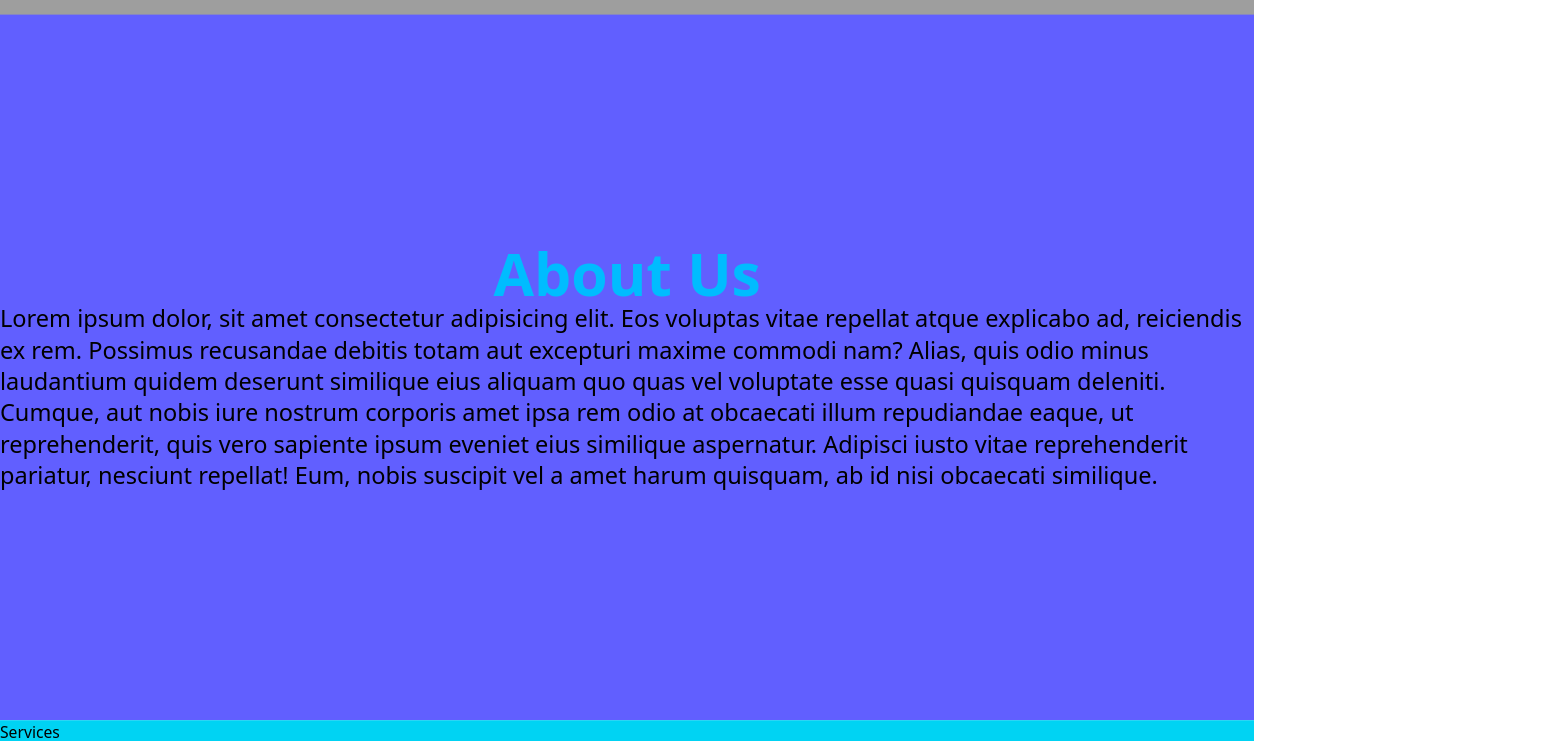
Repository: ajay-maurya-dev/Login
Page: /
An editor plug-in stored every save of this project. The page is shown before and after a run of saves, followed by the edit.
The browser window is 1280 px wide. The page is 1280 px wide, then 1600 px, so the pictures cover 1600 px, including what lies to the right of the window. The pictures show the part of the page from y = 705 to 1461 px (the page is 2880 px tall), at 98% of full size.
Pictures or frames that could not be fetched are drawn as grey boxes. Backgrounds fixed to the window are drawn as part of the page. The project was rebuilt for these pictures with package versions that can differ from the ones it lists, and the page was loaded fresh each time. Also part of the build but not shown: vite.config.js.

Above is the page before, as saved 2026-10-24 23:41:17.

### index.html
<!doctype html>
<html lang="en">
  <head>
    <meta charset="UTF-8" />
    <link rel="icon" type="image/svg+xml" href="/favicon.svg" />
    <meta name="viewport" content="width=device-width, initial-scale=1.0" />
    <title>homepage</title>
  </head>
  <body>
    <div id="root"></div>
    <script type="module" src="/src/main.jsx"></script>
  </body>
</html>

### src/index.css
@import "tailwindcss";
@custom-variant dark (&:where(.dark, .dark *));

html {
  scroll-behavior: smooth;
}

### src/App.jsx
import About from "./components/About";
import Footer from "./components/footer";
import Home from "./components/Home";
import Navbar from "./components/Navbar";
import Services from "./components/Services";

function App() {
  return (
    <div className="min-h-screen w-full dark:bg-black dark:text-white">
      {/* Navbar stays fixed or at the top */}
      <Navbar />

      {/* Wrap sections with unique IDs */}
      <section id="home">
        <Home />
      </section>

      <section id="about">
        <About />
      </section>
      <section id="services">
        <Services/>
      </section>
      <Footer />
    </div>
  );
}

export default App;

### src/components/About.jsx


function About() {
  return (
    <div className="w-full min-h-screen bg-indigo-500 z-10 text-2xl dark:bg-black dark:text-white bg-fixed justify-center flex flex-col">
        <h4 className="text-6xl font-extrabold text-sky-400 text-center">About Us</h4>
        <div className="text-2xl dark:text-white">
        <p className="">Lorem ipsum dolor, sit amet consectetur adipisicing elit. Eos voluptas vitae repellat atque explicabo ad, reiciendis ex rem. Possimus recusandae debitis totam aut excepturi maxime commodi nam? Alias, quis odio minus laudantium quidem deserunt similique eius aliquam quo quas vel voluptate esse quasi quisquam deleniti. Cumque, aut nobis iure nostrum corporis amet ipsa rem odio at obcaecati illum repudiandae eaque, ut reprehenderit, quis vero sapiente ipsum eveniet eius similique aspernatur. Adipisci iusto vitae reprehenderit pariatur, nesciunt repellat! Eum, nobis suscipit vel a amet harum quisquam, ab id nisi obcaecati similique.</p>
        </div>
    </div>
  )
}

export default About

### src/components/footer.jsx


function Footer() {
  return (
  <footer className="w-full h-screen dark:bg-black dark:text-white">
    <h1>THE CONTENT ARCHITECTURE</h1>
  </footer>
  )
}

export default Footer

### src/components/Home.jsx



function Home() {
  return (
    <div className="flex w-full justify-center items-center min-h-screen dark:bg-black bg-[url(https://images.unsplash.com/photo-1757513189385-580a91ac7fe4?q=80&w=2070&auto=format&fit=crop&ixlib=rb-4.1.0&ixid=NHwxMjA3fDA%3D)] bg-cover bg-fixed">
    <div className="py-1 text-sky-900 border border-amber-50 text-9xl font-bold flex items-center">
      <h1 className="">BRAND SHOES</h1>
    </div>
    </div>
  );
}

export default Home;

### src/components/Navbar.jsx
import Dark from "./Dark";

function Navbar() {


  return (
    <nav className="flex rounded-4xl text-gray-500 to-white px-10 md:flex-row md:items-center md:h-10 md:w-full dark:bg-black dark:text-white sm:h-full sm:flex-col sm:w-4/7 sm:items-start top-0 fixed ">
      <div className=" flex-1 text-2xl cursor-pointer font-extrabold">LOGO</div>
      <div className="flex flex-1 gap-10 test-2xl font-bold md:flex-row sm:flex-col ">
        <h3 className="cursor-pointer hover:text-cyan-500 active:scale-95 ">
          <a href="#home">HOME</a>
        </h3>
        <h3 className="cursor-pointer hover:text-cyan-500 active:scale-95">
          <a href="#about">ABOUT</a>
        </h3>
        <h3 className="cursor-pointer hover:text-cyan-500 active:scale-95">
          <a href="#services">SERVICES</a>
        </h3>
        <h3 className="cursor-pointer hover:text-cyan-500 active:scale-95">
          PROFILE
        </h3>
        <Dark/>
      </div>
    </nav>
  );
}

export default Navbar;

### src/components/Services.jsx


function Services() {
  return (
    <div className="bg-cyan-400 h-screen w-screen z-20">
      <h1>Services</h1>
    </div>
  )
}

export default Services

### src/components/Dark.jsx
import { useState, useEffect } from "react";

export default function Dark() {
  const [isDark, setIsDark] = useState(false);

  // Sync the true/false state to the HTML document tag
  useEffect(() => {
    const root = window.document.documentElement;
    if (isDark) {
      root.classList.add("dark");
    } else {
      root.classList.remove("dark");
    }
  }, [isDark]);

  return (
    <button
      className="px-1 text-xl rounded-full bg-transparent dark:bg-neutral-800 transition-colors duration-200"
      onClick={() => setIsDark((prev) => !prev)}
    >
      {isDark ? "☀️" : "🌙"}
    </button>
  );
}

Loaded but not shown: src/main.jsx (common file)

After the next 3 saves:
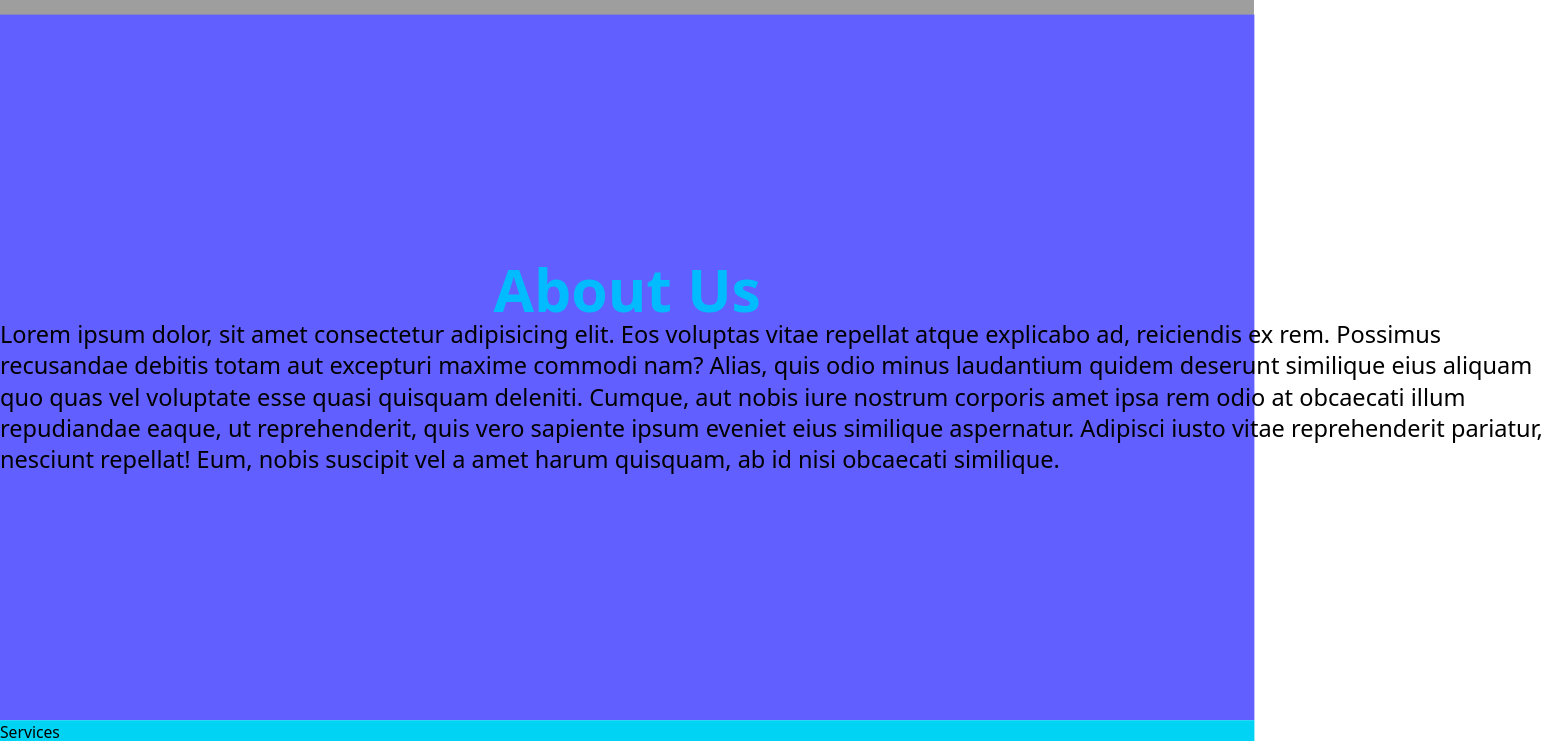
The 3 saves are shown as one change because they came seconds apart.
The last was saved 14 s later.
--- a/src/components/About.jsx
+++ b/src/components/About.jsx
@@ -4,7 +4,7 @@ function About() {
   return (
     <div className="w-full min-h-screen bg-indigo-500 z-10 text-2xl dark:bg-black dark:text-white bg-fixed justify-center flex flex-col">
         <h4 className="text-6xl font-extrabold text-sky-400 text-center">About Us</h4>
-        <div className="text-2xl dark:text-white">
+        <div className="text-2xl dark:text-white w-400">
         <p className="">Lorem ipsum dolor, sit amet consectetur adipisicing elit. Eos voluptas vitae repellat atque explicabo ad, reiciendis ex rem. Possimus recusandae debitis totam aut excepturi maxime commodi nam? Alias, quis odio minus laudantium quidem deserunt similique eius aliquam quo quas vel voluptate esse quasi quisquam deleniti. Cumque, aut nobis iure nostrum corporis amet ipsa rem odio at obcaecati illum repudiandae eaque, ut reprehenderit, quis vero sapiente ipsum eveniet eius similique aspernatur. Adipisci iusto vitae reprehenderit pariatur, nesciunt repellat! Eum, nobis suscipit vel a amet harum quisquam, ab id nisi obcaecati similique.</p>
         </div>
     </div>
